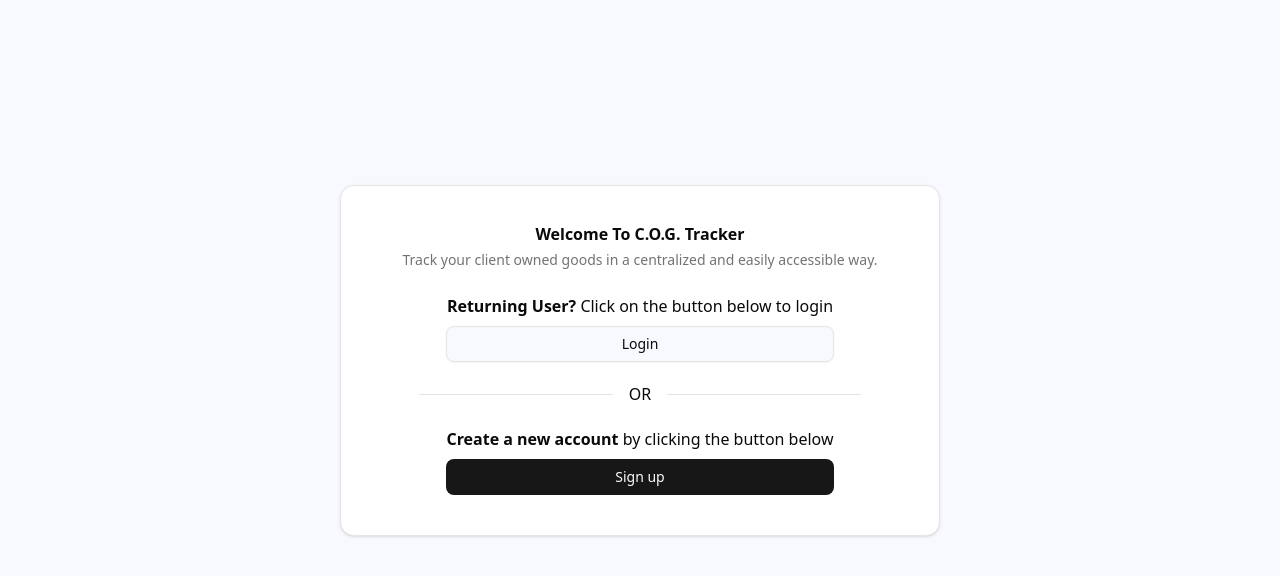
Repository: Renzo-Salosagcol/cog_tracker
Page: /
An editor plug-in stored every save of this project. The page is shown before and after the next save, followed by the edit.
The browser window is 1280 px wide. The pictures show the whole page.
The project was rebuilt for these pictures with package versions that can differ from the ones it lists, and the page was loaded fresh each time. The framework's server and built-in components were replaced by stand-ins that run in the browser. Also part of the build but not shown: next.config.ts.

Above is the page before, as saved 2025-12-17 23:30:51.

### app/layout.tsx
import type { Metadata } from "next";
import { Geist, Geist_Mono } from "next/font/google";
import "./globals.css";

const geistSans = Geist({
  variable: "--font-geist-sans",
  subsets: ["latin"],
});

const geistMono = Geist_Mono({
  variable: "--font-geist-mono",
  subsets: ["latin"],
});

export const metadata: Metadata = {
  title: "COG Tracker",
  description: "COG tracker created to track client owned goods in a centralized and easily accessible way",
};

export default function RootLayout({
  children,
}: Readonly<{
  children: React.ReactNode;
}>) {
  return (
    <html lang="en">
      <body
        className={`${geistSans.variable} ${geistMono.variable} antialiased`}
      >
        {children}
      </body>
    </html>
  );
}

### app/page.tsx
import {
  Card,
  CardAction,
  CardContent,
  CardDescription,
  CardFooter,
  CardHeader,
  CardTitle,
} from "@/components/ui/card"
import { Separator } from "@/components/ui/separator"
import { Button } from "@/components/ui/button"

export default function Home() {
  return (
    <div className="root-page-element bg-background">
      <Card className="*
        glassmorphism flex flex-cols-1 min-w-150 items-center justify-center py-10">
        <CardHeader className="w-full items-center justify-center text-center">
          <CardTitle>
            Welcome To C.O.G. Tracker
          </CardTitle>
          <CardDescription>
            Track your client owned goods in a centralized and easily accessible way.
          </CardDescription>
        </CardHeader>
        <CardContent className="flex flex-col items-center justify-center gap-4">
          <div className="w-full flex flex-col items-center justify-center gap-2">
            <p>
              <span className="font-semibold">Returning User? </span>
              Click on the button below to login
            </p>
            <Button className="
              w-full"
              variant="outline">
              Login
            </Button>
          </div>
          <div className="w-1/2 flex flex-row items-center justify-center">
            <Separator className="m-4" />
            OR
            <Separator className="m-4" />
          </div>
          <div className="w-full flex flex-col items-center justify-center gap-2">
            <p>
              <span className="font-semibold">Create a new account </span>
              by clicking the button below
            </p>
            <Button className="
              w-full">
              Sign up
            </Button>
          </div>
        </CardContent>
      </Card>
    </div>
  );
}

### app/globals.css
@import "tailwindcss";
@import "tw-animate-css";

@custom-variant dark (&:is(.dark *));

@theme inline {
  --radius-sm: calc(var(--radius) - 4px);
  --radius-md: calc(var(--radius) - 2px);
  --radius-lg: var(--radius);
  --radius-xl: calc(var(--radius) + 4px);
  --radius-2xl: calc(var(--radius) + 8px);
  --radius-3xl: calc(var(--radius) + 12px);
  --radius-4xl: calc(var(--radius) + 16px);
  --color-background: var(--background);
  --color-foreground: var(--foreground);
  --color-card: var(--card);
  --color-card-foreground: var(--card-foreground);
  --color-popover: var(--popover);
  --color-popover-foreground: var(--popover-foreground);
  --color-primary: var(--primary);
  --color-primary-foreground: var(--primary-foreground);
  --color-secondary: var(--secondary);
  --color-secondary-foreground: var(--secondary-foreground);
  --color-muted: var(--muted);
  --color-muted-foreground: var(--muted-foreground);
  --color-accent: var(--accent);
  --color-accent-foreground: var(--accent-foreground);
  --color-destructive: var(--destructive);
  --color-border: var(--border);
  --color-input: var(--input);
  --color-ring: var(--ring);
  --color-chart-1: var(--chart-1);
  --color-chart-2: var(--chart-2);
  --color-chart-3: var(--chart-3);
  --color-chart-4: var(--chart-4);
  --color-chart-5: var(--chart-5);
  --color-sidebar: var(--sidebar);
  --color-sidebar-foreground: var(--sidebar-foreground);
  --color-sidebar-primary: var(--sidebar-primary);
  --color-sidebar-primary-foreground: var(--sidebar-primary-foreground);
  --color-sidebar-accent: var(--sidebar-accent);
  --color-sidebar-accent-foreground: var(--sidebar-accent-foreground);
  --color-sidebar-border: var(--sidebar-border);
  --color-sidebar-ring: var(--sidebar-ring);
}

:root {
  --radius: 0.625rem;
  --background: #f8f8ff; /* Ghost White */
  --foreground: #080808; /* Vampire Black */
  --card: oklch(1 0 0);
  --card-foreground: oklch(0.145 0 0);
  --popover: oklch(1 0 0);
  --popover-foreground: oklch(0.145 0 0);
  --primary: oklch(0.205 0 0);
  --primary-foreground: oklch(0.985 0 0);
  --secondary: oklch(0.97 0 0);
  --secondary-foreground: oklch(0.205 0 0);
  --muted: oklch(0.97 0 0);
  --muted-foreground: oklch(0.556 0 0);
  --accent: oklch(0.97 0 0);
  --accent-foreground: oklch(0.205 0 0);
  --destructive: oklch(0.577 0.245 27.325);
  --border: oklch(0.922 0 0);
  --input: oklch(0.922 0 0);
  --ring: oklch(0.708 0 0);
  --chart-1: oklch(0.646 0.222 41.116);
  --chart-2: oklch(0.6 0.118 184.704);
  --chart-3: oklch(0.398 0.07 227.392);
  --chart-4: oklch(0.828 0.189 84.429);
  --chart-5: oklch(0.769 0.188 70.08);
  --sidebar: oklch(0.985 0 0);
  --sidebar-foreground: oklch(0.145 0 0);
  --sidebar-primary: oklch(0.205 0 0);
  --sidebar-primary-foreground: oklch(0.985 0 0);
  --sidebar-accent: oklch(0.97 0 0);
  --sidebar-accent-foreground: oklch(0.205 0 0);
  --sidebar-border: oklch(0.922 0 0);
  --sidebar-ring: oklch(0.708 0 0);
}

.dark {
  --background: #080808; /* Vampire Black */
  --foreground: #f8f8ff; /* Ghost White */
  --card: oklch(0.205 0 0);
  --card-foreground: oklch(0.985 0 0);
  --popover: oklch(0.205 0 0);
  --popover-foreground: oklch(0.985 0 0);
  --primary: oklch(0.922 0 0);
  --primary-foreground: oklch(0.205 0 0);
  --secondary: oklch(0.269 0 0);
  --secondary-foreground: oklch(0.985 0 0);
  --muted: oklch(0.269 0 0);
  --muted-foreground: oklch(0.708 0 0);
  --accent: oklch(0.269 0 0);
  --accent-foreground: oklch(0.985 0 0);
  --destructive: oklch(0.704 0.191 22.216);
  --border: oklch(1 0 0 / 10%);
  --input: oklch(1 0 0 / 15%);
  --ring: oklch(0.556 0 0);
  --chart-1: oklch(0.488 0.243 264.376);
  --chart-2: oklch(0.696 0.17 162.48);
  --chart-3: oklch(0.769 0.188 70.08);
  --chart-4: oklch(0.627 0.265 303.9);
  --chart-5: oklch(0.645 0.246 16.439);
  --sidebar: oklch(0.205 0 0);
  --sidebar-foreground: oklch(0.985 0 0);
  --sidebar-primary: oklch(0.488 0.243 264.376);
  --sidebar-primary-foreground: oklch(0.985 0 0);
  --sidebar-accent: oklch(0.269 0 0);
  --sidebar-accent-foreground: oklch(0.985 0 0);
  --sidebar-border: oklch(1 0 0 / 10%);
  --sidebar-ring: oklch(0.556 0 0);
}

@layer base {
  * {
    @apply border-border outline-ring/50;
  }
  body {
    @apply bg-background text-foreground;
  }
}

@utility root-page-element {
  @apply min-h-screen flex flex-col items-center justify-center;
}

@utility glassmorphism {
  @apply bg-background/70 backdrop-blur-lg
}

### components/ui/card.tsx
import * as React from "react"

import { cn } from "@/lib/utils"

function Card({ className, ...props }: React.ComponentProps<"div">) {
  return (
    <div
      data-slot="card"
      className={cn(
        "bg-card text-card-foreground flex flex-col gap-6 rounded-xl border py-6 shadow-sm",
        className
      )}
      {...props}
    />
  )
}

function CardHeader({ className, ...props }: React.ComponentProps<"div">) {
  return (
    <div
      data-slot="card-header"
      className={cn(
        "@container/card-header grid auto-rows-min grid-rows-[auto_auto] items-start gap-2 px-6 has-data-[slot=card-action]:grid-cols-[1fr_auto] [.border-b]:pb-6",
        className
      )}
      {...props}
    />
  )
}

function CardTitle({ className, ...props }: React.ComponentProps<"div">) {
  return (
    <div
      data-slot="card-title"
      className={cn("leading-none font-semibold", className)}
      {...props}
    />
  )
}

function CardDescription({ className, ...props }: React.ComponentProps<"div">) {
  return (
    <div
      data-slot="card-description"
      className={cn("text-muted-foreground text-sm", className)}
      {...props}
    />
  )
}

function CardAction({ className, ...props }: React.ComponentProps<"div">) {
  return (
    <div
      data-slot="card-action"
      className={cn(
        "col-start-2 row-span-2 row-start-1 self-start justify-self-end",
        className
      )}
      {...props}
    />
  )
}

function CardContent({ className, ...props }: React.ComponentProps<"div">) {
  return (
    <div
      data-slot="card-content"
      className={cn("px-6", className)}
      {...props}
    />
  )
}

function CardFooter({ className, ...props }: React.ComponentProps<"div">) {
  return (
    <div
      data-slot="card-footer"
      className={cn("flex items-center px-6 [.border-t]:pt-6", className)}
      {...props}
    />
  )
}

export {
  Card,
  CardHeader,
  CardFooter,
  CardTitle,
  CardAction,
  CardDescription,
  CardContent,
}

### components/ui/button.tsx
import * as React from "react"
import { Slot } from "@radix-ui/react-slot"
import { cva, type VariantProps } from "class-variance-authority"

import { cn } from "@/lib/utils"

const buttonVariants = cva(
  "inline-flex items-center justify-center gap-2 whitespace-nowrap rounded-md text-sm font-medium transition-all disabled:pointer-events-none disabled:opacity-50 [&_svg]:pointer-events-none [&_svg:not([class*='size-'])]:size-4 shrink-0 [&_svg]:shrink-0 outline-none focus-visible:border-ring focus-visible:ring-ring/50 focus-visible:ring-[3px] aria-invalid:ring-destructive/20 dark:aria-invalid:ring-destructive/40 aria-invalid:border-destructive hover:cursor-pointer",
  {
    variants: {
      variant: {
        default: "bg-primary text-primary-foreground hover:bg-primary/90",
        destructive:
          "bg-destructive text-white hover:bg-destructive/90 focus-visible:ring-destructive/20 dark:focus-visible:ring-destructive/40 dark:bg-destructive/60",
        outline:
          "border bg-background shadow-xs hover:bg-accent hover:text-accent-foreground dark:bg-input/30 dark:border-input dark:hover:bg-input/50",
        secondary:
          "bg-secondary text-secondary-foreground hover:bg-secondary/80",
        ghost:
          "hover:bg-accent hover:text-accent-foreground dark:hover:bg-accent/50",
        link: "text-primary underline-offset-4 hover:underline",
      },
      size: {
        default: "h-9 px-4 py-2 has-[>svg]:px-3",
        sm: "h-8 rounded-md gap-1.5 px-3 has-[>svg]:px-2.5",
        lg: "h-10 rounded-md px-6 has-[>svg]:px-4",
        icon: "size-9",
        "icon-sm": "size-8",
        "icon-lg": "size-10",
      },
    },
    defaultVariants: {
      variant: "default",
      size: "default",
    },
  }
)

function Button({
  className,
  variant = "default",
  size = "default",
  asChild = false,
  ...props
}: React.ComponentProps<"button"> &
  VariantProps<typeof buttonVariants> & {
    asChild?: boolean
  }) {
  const Comp = asChild ? Slot : "button"

  return (
    <Comp
      data-slot="button"
      data-variant={variant}
      data-size={size}
      className={cn(buttonVariants({ variant, size, className }))}
      {...props}
    />
  )
}

export { Button, buttonVariants }

Loaded but not shown: components/ui/separator.tsx (common file); lib/utils.ts (common file)

After the next save:
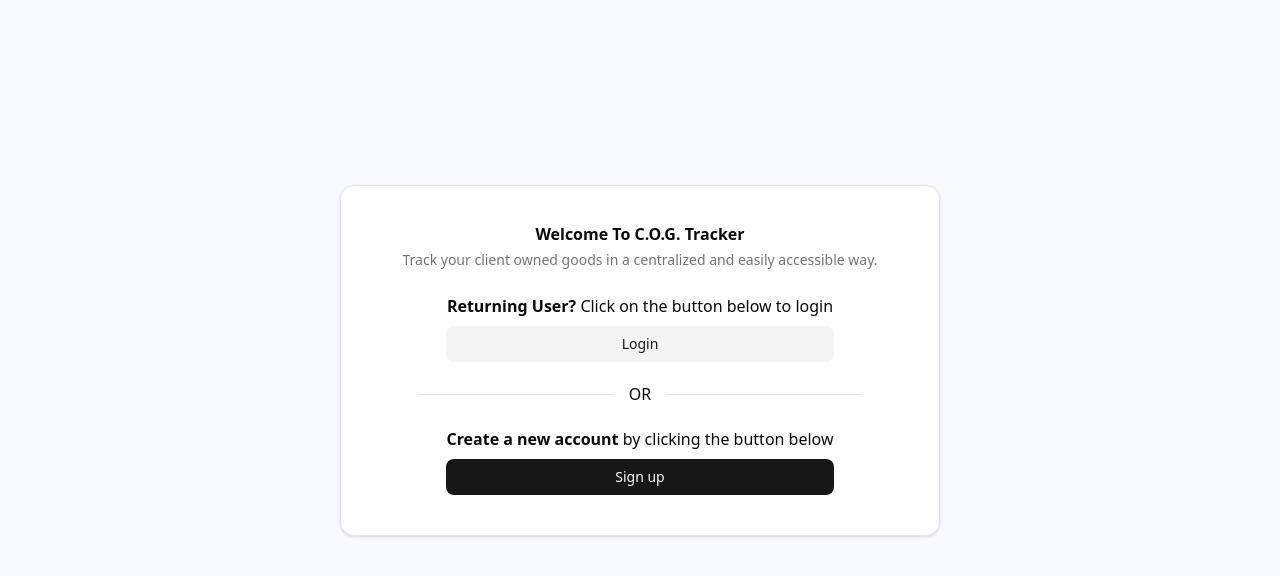
Saved 31 s later.
--- a/app/page.tsx
+++ b/app/page.tsx
@@ -31,7 +31,7 @@ export default function Home() {
             </p>
             <Button className="
               w-full"
-              variant="outline">
+              variant="secondary">
               Login
             </Button>
           </div>
